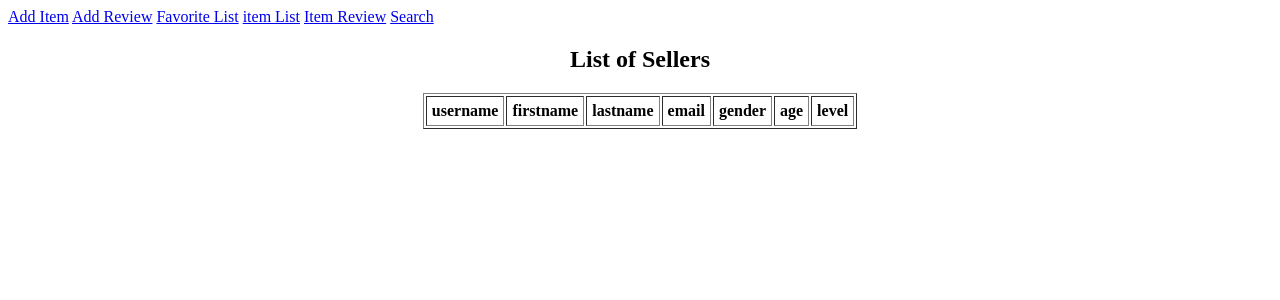
Repository: HamdanM/DatabaseProject
Page: http://localhost/DB3/seller.jsp
The author's editor kept a copy of each file at every save. The page is drawn from the files as they stood at one save, then again after the next save.
The browser window is 1280 px wide. The pictures show the whole page.
The page is served by Tomcat 9. Other server files are loaded and not shown.

Above is the page before, as saved 2019-07-15 03:50:18.

### DB3/WebContent/seller.jsp
<%@ page language="java" contentType="text/html; charset=ISO-8859-1"
    pageEncoding="ISO-8859-1"%>
  <%@ taglib prefix="c" uri="http://java.sun.com/jsp/jstl/core" %>
<!DOCTYPE html PUBLIC "-//W3C//DTD HTML 4.01 Transitional//EN" "http://www.w3.org/TR/html4/loose.dtd">
<html>
<head>
<meta charset="UTF-8">
<title>Insert title here</title>
</head>
<body>

<a href="addITem">Add Item</a>
<a href="addReview">Add Review</a>
<a href="favlist">Favorite List</a>
<a href="itemList">item List</a>
<a href="itemReview">Item Review</a>
<a href="search">Search</a>

  <div align="center">
        <table border="1" cellpadding="5">
            <caption><h2>List of Sellers</h2></caption>
            <tr>
                <th>username</th>
                <th>firstname</th>
                <th>lastname</th>
         		<th>email</th>
                <th>gender</th>
                <th>age</th>
          		<th>level</th>


            </tr>
            <c:forEach var="us" items="${usersList}">
                <tr>
		            <td><c:out value="${us.userid}" /></td>
                    <td><c:out value="${us.username}" /></td>
                    <td><c:out value="${us.firstname}" /></td>
                    <td><c:out value="${us.lastname}" /></td>
                    <td><c:out value="${us.email}" /></td>
                    <td><c:out value="${us.gender}" /></td>
                    <td><c:out value="${us.age}" /></td>
                    <td><c:out value="${us.level}" /></td>


			               <td>
                        <a href="edit?id=<c:out value='${us.userid}' />">Edit</a>
                        &nbsp;&nbsp;&nbsp;&nbsp;
                        <a href="delete?id=<c:out value='${us.userid}' />">Delete</a>
                    </td>

                    </td>
                </tr>
            </c:forEach>
        </table>
    </div>

</body>
</html>

After the next save:
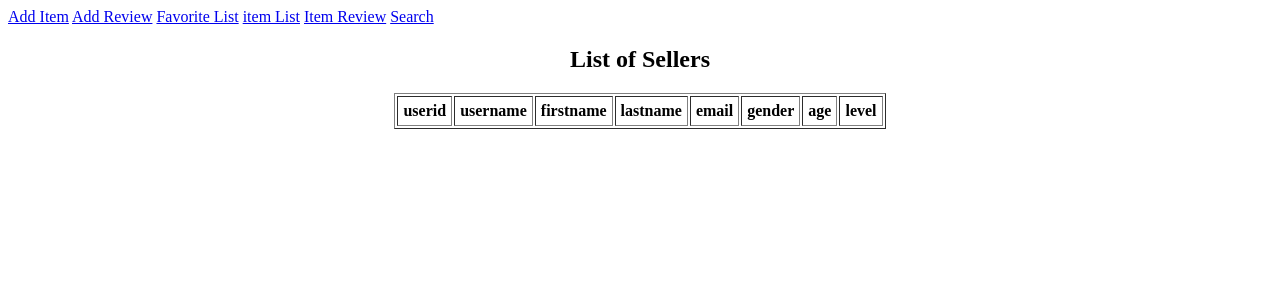
Saved 97 s later.
--- a/DB3/WebContent/seller.jsp
+++ b/DB3/WebContent/seller.jsp
@@ -20,6 +20,7 @@
         <table border="1" cellpadding="5">
             <caption><h2>List of Sellers</h2></caption>
             <tr>
+            	<th>userid</th>
                 <th>username</th>
                 <th>firstname</th>
                 <th>lastname</th>
